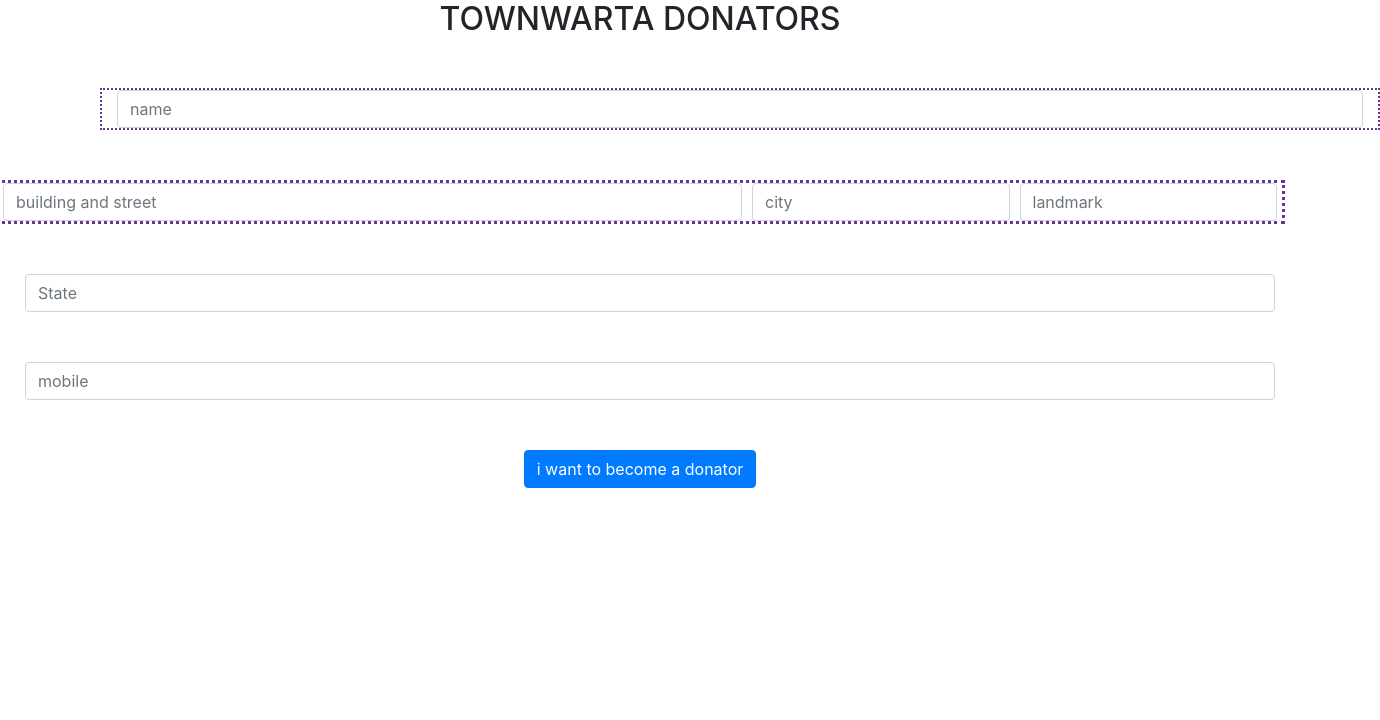
Repository: shivanand1988-28-06/townwarta
Page: http://localhost/donator/donator
These files come from the project's save history. The page is drawn as it stood at one moment and after the next save; the edit follows.
The browser window is 1280 px wide. The page is 1380 px wide, so the pictures cover 1380 px, including what lies to the right of the window. The pictures show the whole page.
The page is served by the project's Node server (Townwarta.js). Other server files are loaded and not shown.

Above is the page before, as saved 2022-08-30 22:34:35.

### views/articles/donator.ejs

<!DOCTYPE html>
<html lang="en">
<head>
  <meta charset="UTF-8">
  <meta name="viewport" content="width=device-width, initial-scale=1.0">
  <link rel="stylesheet" href="https://maxcdn.bootstrapcdn.com/bootstrap/4.0.0/css/bootstrap.min.css" integrity="sha384-Gn5384xqQ1aoWXA+058RXPxPg6fy4IWvTNh0E263XmFcJlSAwiGgFAW/dAiS6JXm" crossorigin="anonymous">
  <meta http-equiv="X-UA-Compatible" content="ie=edge">
  <title>TOWNWARTA</title>
</head>
<body>
    <h2 style = "text-align : center ">TOWNWARTA DONATORS</h2>
    <form >
        <div class="col" style = "margin : 50px 100px 50px 100px; border: 2px rebeccapurple dotted">
            <input type="text" name = "name" id = "name"class="form-control" placeholder="name">
          </div>
        <div class="form-row" style = "border: 3px rebeccapurple dotted;">

          <div class="col-7">
            <input type="text"name = "street" class="form-control" placeholder="building and street">
          </div>
          <div class="col">
            <input type="text" name = "city" class="form-control" placeholder="city">
          </div>
          <div class="col">
            <input type="text" name = "landmark"class="form-control" placeholder="landmark">
          </div>

        </div>
        <div class="col" style = "margin : 50px 10px">
            <input type="text" name = "state" class="form-control" placeholder="State">
          </div>
          <div class="col" style = "margin : 50px 10px">
            <input type="number" name = "state" class="form-control" placeholder="mobile">
          </div>
        <div style = "text-align: center; margin-top: 20px;">
            <button type="submit" class="btn btn-primary">i want to become a donator</button>
        </div>
      </form>
</body>

### Townwarta.js

require("dotenv").config();
const express = require("express");
const mongoose = require("mongoose");
const articleRouter = require("./routes/articles");
const userRouter = require("./routes/user");
const connectDB = require("./db/connect");
const app = express();
const Article= require("./models/article");
const methodOverride = require("method-override")
const port = process.env.PORT || 3000
const path = require("path");
const donatorRouter = require("./routes/donator")

app.set("views" , path.join(__dirname , "views"))
app.set("view engine", "ejs");
// app.use(express.json());
 app.use(express.urlencoded({extended:false}));
app.use(express.static(path.join(__dirname, "public")));
app.use(methodOverride("_method"));

  app.get("/", async (req,res)=>{
    const articles = await Article.find();
    res.render("articles/index" , {articles:articles});
  });

  app.use("/" , userRouter);

app.use("/articles" , articleRouter );

app.use("/donator" , donatorRouter)
console.log(Article)


const start = async () =>{

try{

    await connectDB( process.env.MONGO_URI );
    app.listen(port,()=>{ console.log(`app is running over port ${port}`)});

}catch(error) {

    console.log(error);

}

}

start();

### routes/donator.js
const express = require("express");
const donatorRouter = express.Router();
const Donator = require("../models/donator");



donatorRouter.post("/donator", async(req,res) => {
    let {name , createdAt , address} = req.body ;
    let donator = await Donator.create({name : name , createdAt : createdAt , address : address});

} );

donatorRouter.get("/donator" , (req,res)=>{
    res.render("articles/donator");
})

module.exports = donatorRouter

After the next save:
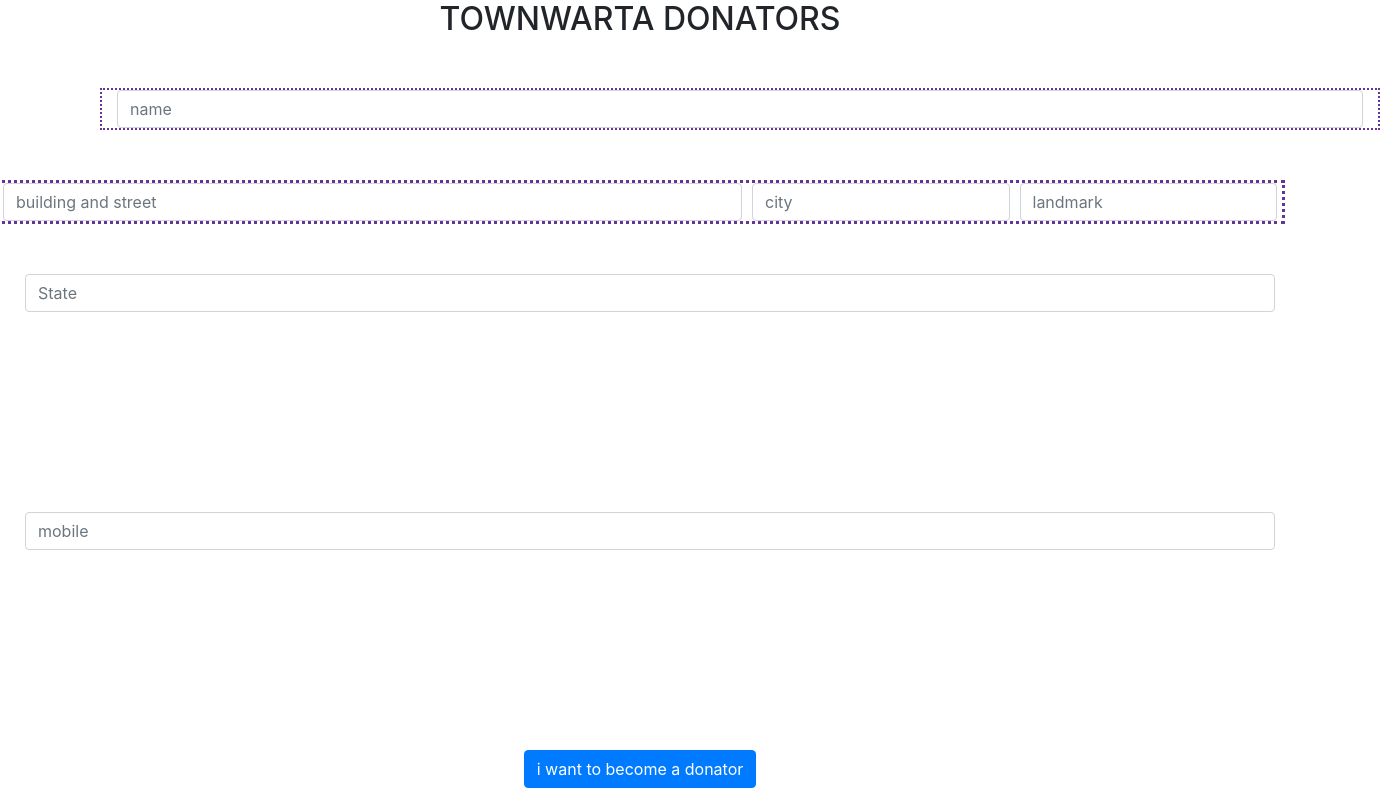
Saved 18 s later.
--- a/views/articles/donator.ejs
+++ b/views/articles/donator.ejs
@@ -30,7 +30,7 @@
         <div class="col" style = "margin : 50px 10px">
             <input type="text" name = "state" class="form-control" placeholder="State">
           </div>
-          <div class="col" style = "margin : 50px 10px">
+          <div class="col" style = "margin : 200px 10px">
             <input type="number" name = "state" class="form-control" placeholder="mobile">
           </div>
         <div style = "text-align: center; margin-top: 20px;">
